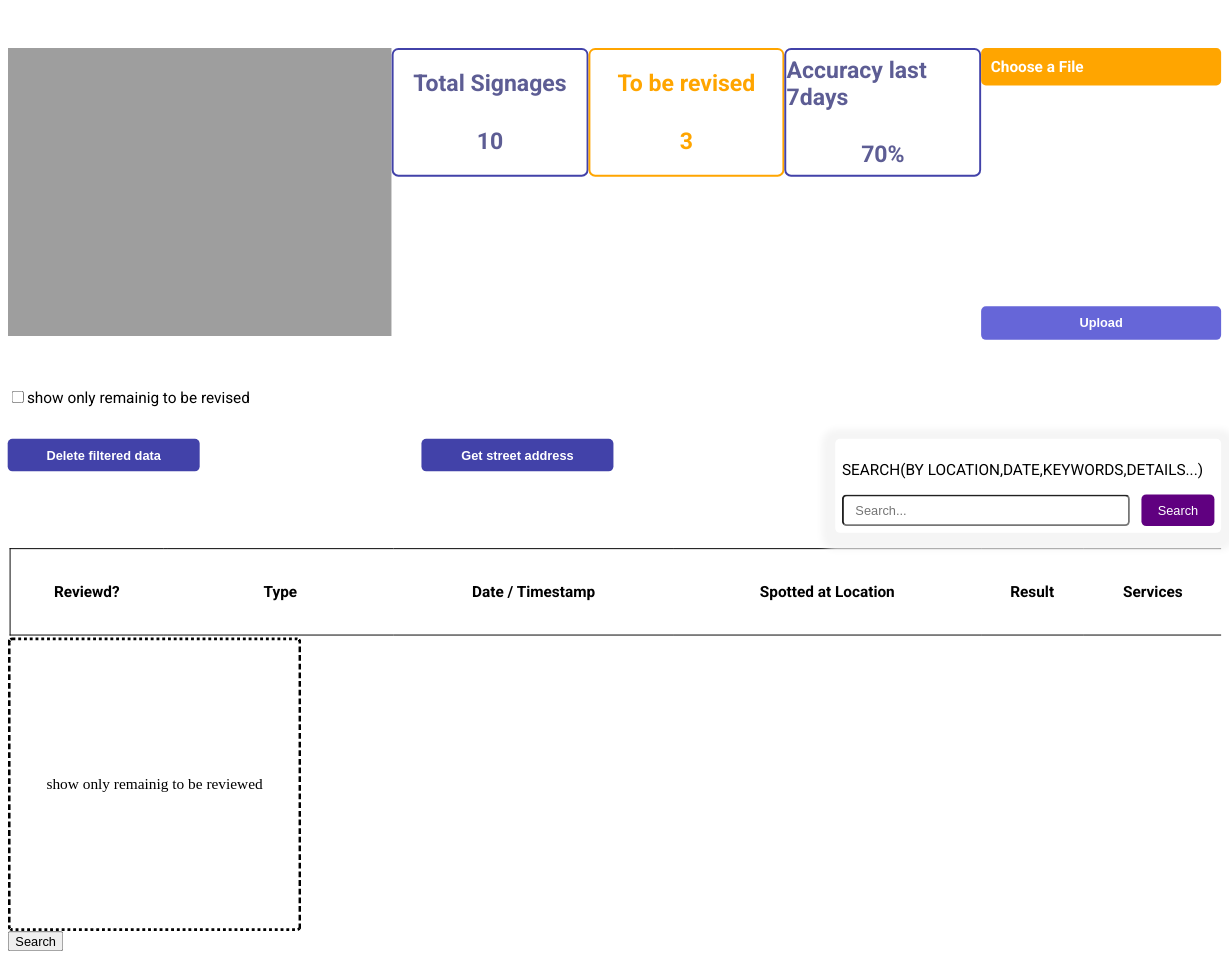
Repository: kalyani179/Kalyani.Builder
Page: /
An editor plug-in stored every save of this project. The page is shown before and after the next save, followed by the edit.
The browser window is 1280 px wide. The pictures show the whole page, at 96% of full size.
Pictures or frames that could not be fetched are drawn as grey boxes. The page's requests for data from a server got no answer. Some web fonts or font styles are not loaded; a fallback is used. The project was rebuilt for these pictures with package versions that can differ from the ones it lists, and the page was loaded fresh each time. No one was signed in, and anything a server would have sent is missing.

Above is the page before, as saved 2024-01-10 13:50:40.

### src/App.js

import {BrowserRouter,Routes,Route} from "react-router-dom";
import Home from "./components/Home";

function App() {
  return (
    <div>
      <BrowserRouter>
        <Routes>
          <Route path="/" element={<Home/>} />

        </Routes>
      </BrowserRouter>
    </div>
  );
}

export default App;

### src/components/Home.js
import React, { useState, useEffect } from "react";
import "./Home.css";
import {useNavigate} from "react-router-dom";
import { ColorRing } from "react-loader-spinner";
import toast, { Toaster } from "react-hot-toast";
import axios from "axios";
import { AiFillDelete } from "react-icons/ai";
// import { FaEdit } from "react-icons/fa";
const Home = () => {


  const navigate = useNavigate();
  const [results, setResults] = useState([]);

  const [editData, setEditData] = useState(false);
  const [selectedData, setSelectedData] = useState("");

  const [Result, setResult] = useState("");
  const [Services, setServices] = useState("");
  const [Type, setType] = useState("");
  const [imageUrl, setImageUrl] = useState("");


  const [image, setImage] = useState(null);
  // const [video, setVideo] = useState(null);
  const [loading, setLoading] = useState(false);

  const uploadFile = async (type) => {
    const data = new FormData();
    data.append("file", image);
    data.append("upload_preset", type === "image" ? "images" : "videos");
    try {
      let cloudName = "dscmtg4tx";
      let resourceType = type === "image" ? "image" : "video";
      let api = `https://api.cloudinary.com/v1_1/${cloudName}/${resourceType}/upload`;

      const res = await axios.post(api, data);
      // console.log(res);
      const { secure_url } = res.data;
      // console.log(secure_url);
      return secure_url;
    } catch (error) {
      console.error(error);
    }
  };

  const handleSubmit = async (e) => {
    e.preventDefault();
    try {
      setLoading(true);
      //upload image
      const imageUrl = await uploadFile("image");

      //upload video
      // const videoUrl = await uploadFile("video");

      //sending backend api request
      await axios.post("http://localhost:5000/api/videos", { imageUrl });

      //reset states
      setImage(null);
      // setVideo(null);

      console.log("File uploaded successfully");

      setLoading(false);
      toast.success("uploaded successfully");
      navigate("/");
    } catch (error) {
      console.log(error);
    }
  };


  useEffect(() => {
    // Fetching data from the server
    axios
      .get("http://localhost:5000/api/videos")
      .then((response) => {
        setResults(response.data);
      })
      .catch((error) => {
        console.error("Error fetching data: ", error);
      });
  }, [results]);

  const formatDate = (timestamp) => {
    const options = {
      month: "long",
      day: "numeric",
      year: "numeric",
      hour: "numeric",
      minute: "numeric",
      hour12: true,
    };

    return new Date(timestamp).toLocaleDateString(undefined, options);
  };

  const deleteData = async (id) => {
    const response = await fetch(`http://localhost:5000/api/videos/${id}`, {
      method: "DELETE",
    });
    if (response.status === 200) {
      toast.success("Deleted Successfully");
    } else {
      toast.error("Something went wrong");
    }
  };

  const updateData = async (id) => {
    const response = await fetch(`http://localhost:5000/api/videos/${id}`, {
      method: "PUT",
      headers: {
        "Content-Type": "application/json",
      },
      body: JSON.stringify({ imageUrl, Services, Type, Result }),
    });

    if (response.status === 200) {
      toast.success("Data updated Successfully");
    } else {
      toast.error("Something went wrong");
    }
  };

  return (
    <>
      {/* toaster */}
      <Toaster position="top-center" reverseOrder={false} />
      {/* toaster */}

      <div className="input-file">
        <div>
          <img src="https://i.ibb.co/tmwqkpj/logo.png" alt="website-logo"/>
        </div>
        <div className="card1">
          <h1>Total Signages</h1>
          <h1>10</h1>
        </div>

        <div className="card2">
          <h1>To be revised</h1>
          <h1>3</h1>
        </div>

        <div className="card3">
          <h1>Accuracy last 7days</h1>
          <h1>70%</h1>
        </div>


        <form className="form" onSubmit={handleSubmit}>

         <div>
          <input
            type="file"
            id="fileInput"
            accept="image/*"
            onChange={(e) => setImage((prev) => e.target.files[0])}
          />
          <label for="fileInput" class="custom-file-label">
            Choose a File
          </label>
          </div>


          <div>
          <button className="upload-button" type="submit">
            Upload
          </button>
          </div>
          {loading && (
            <ColorRing
              visible={true}
              height="30"
              width="30"
              ariaLabel="color-ring-loading"
              wrapperStyle={{}}
              wrapperClass="color-ring-wrapper"
              colors={["#e15b64", "#f47e60", "#f8b26a", "#abbd81", "#849b87"]}
            />
          )}




        </form>



      </div>


    <div className="bg2">
     <div>
      <input id="checkbox" type="checkbox"/>
      <label htmlFor="checkbox">show only remainig to be revised</label>
     </div>

     <div className="flexDelete">
      <div>
        <button className="delete">Delete filtered data</button>
      </div>
      <div>
        <button className="getStarted">Get street address</button>
      </div>


      <div className="cardBg-white">
        <p>SEARCH(BY LOCATION,DATE,KEYWORDS,DETAILS...)</p>
      <div>
        <input className="searchBar" type="search" placeholder="Search..." id="search"/>
        <label htmlfor="search">
          <button className="search" type="button">Search</button>
        </label>
      </div>
      </div>
     </div>
     </div>





      <div className="table-data-container">
        <table className="tablestyle">
          <thead>
            <tr>
              <th>Reviewd?</th>
              <th></th>
              <th className="th1">Type</th>
              <th>Date / Timestamp</th>
              <th>Spotted at Location</th>
              <th>Result</th>
              <th>Services</th>
            </tr>
          </thead>
          <tbody>
            {results.map((result) => (
              <tr key={result.id}>
                <td>
                  <AiFillDelete
                    className="delete text-secondary"
                    style={{ cursor: "pointer", marginLeft: "8px" }}
                    onClick={() => deleteData(result._id)}
                  ></AiFillDelete>

                  {/* <FaEdit
                    onClick={() => {
                      setEditData((prevEditData)=> !prevEditData);
                      setSelectedData(result._id);
                    }}
                    className={`${
                      selectedData === result._id && editData
                        ? "text-red-400"
                        : "text-gray-400"
                    }
                  text-gray-400 hover:text-red-400 cursor-pointer
                  scale-110 transition-all`}
                    style={{ cursor: "pointer" }}
                  ></FaEdit> */}
                </td>

                <td>
                  <img
                    className="table-data-image"
                    src={result.imageUrl} // Assuming your API response has an imageUrl property
                    alt=""
                    contentEditable={editData}
                    onInput={(e) => setImageUrl(e.currentTarget.innerText)}
                  />
                </td>
                <td
                  contentEditable={editData}
                  onInput={(e) => setType(e.currentTarget.innerText)}
                >
                  {result.Type}
                </td>
                <td>{formatDate(result.createdAt)}</td>
                <td></td>
                <td
                  contentEditable={editData}
                  onInput={(e) => setServices(e.currentTarget.innerText)}
                >
                  {result.Result}
                </td>
                <td
                  contentEditable={editData}
                  onInput={(e) => setResult(e.currentTarget.innerText)}
                >
                  {result.Services}
                </td>

                {/* <button
                  className={`${
                    selectedData === result._id && editData ? "block" : "hidden"
                  }
                     bg-purple-400 hover:bg-purple-600
                     px-3 py-1 my-1 rounded-md font-bold text-white`}
                   onClick={() => {
                    updateData(result._id);
                    setEditData(false);

                   }}
                >
                  Save
                </button> */}
              </tr>
            ))}
          </tbody>
        </table>


        <div className="bottom-box">
          <div>
            <inpt type="checkbox"/>
            <p>show only remainig to be reviewed</p>
          </div>

        </div>


          <div>
          <button type="button">Search</button>
          </div>

      </div>
    </>
  );
};

export default Home;

### src/components/Home.css
@import url("https://fonts.googleapis.com/css2?family=Bree+Serif&family=Caveat:wght@400;700&family=Lobster&family=Monoton&family=Open+Sans:ital,wght@0,400;0,700;1,400;1,700&family=Playfair+Display+SC:ital,wght@0,400;0,700;1,700&family=Playfair+Display:ital,wght@0,400;0,700;1,700&family=Roboto:ital,wght@0,400;0,700;1,400;1,700&family=Source+Sans+Pro:ital,wght@0,400;0,700;1,700&family=Work+Sans:ital,wght@0,400;0,700;1,700&display=swap");

.tablestyle {
  padding: 0px;
  text-align: center;
  border-color: black;
  margin: 2px;
  font-family: "Roboto";
}

table {
  border-collapse: collapse;
  width: 100%;
}

tr {
  border: 1px solid #000;
  padding: 5px;
}

td {
  padding: 15px;
  margin: 5px;
}

.button {
  background-color: orange;
  margin-bottom: 6px;
  border: 0px;
  border-radius: 10px;
  color: white;
}

.button-edit {
  background-color: #600080;
  border: 0px;
  border-radius: 15px;
  color: white;
}

.button-yes {
  background-color: green;
  border: 0px;
  border-radius: 15px;
  color: white;
  margin-bottom: 6px;
}

.th1 {
  padding: 35px;
}

.table-data-image {
  width: 150px;
}

.tablestyle td {
  overflow: auto;
}

.table-data-container {
  max-width: 100%;
  overflow: hidden;
}

.input-file {
  display: flex;
  justify-content: space-between;

  margin-bottom: 50px;
  margin-top: 50px;
  font-family: Roboto;
}

input[type="file"] {
  display: none;
}

/* Style the custom button to resemble a file input */
.custom-file-input {
  display: inline-block;
  padding: 10px 15px;
  font-size: 16px;
  font-weight: bold;
  color: #fff;
  background-color: #3498db;
  border: 1px solid #2980b9;
  border-radius: 5px;
  cursor: pointer;
}

/* Style the label to give it a button appearance */
.custom-file-label {
  display: inline-block;
  padding:10px;
  font-size: 16px;
  font-weight: bold;
  color: #fff;
  background-color:orange;
  width:230px;
  border-radius: 5px;
  cursor: pointer;
}

/* Change label color when the file is selected */
input[type="file"]:focus + .custom-file-label {
  border-color: #2c3e50;
}

.upload-button{

    border: none;
    background-color:rgb(102, 102, 216);
    color: white;
    font-weight: bold;
    padding: 10px;
    cursor: pointer;
    width:250px;
    border-radius:5px;
}

/* start your css from here */

.form{
  display:flex;
  flex-direction: column;
  justify-content: space-between;
}

.card1{
  border:2px solid rgb(66, 66, 169);
  display: flex;
  flex-direction: column;
  justify-content: center;
  align-items: center;
  width:240px;
  height:130px;
  border-radius:7px;
  font-size:12px;
  color:rgb(93, 93, 148);
}
.card2{
  border:2px solid orange;
  display: flex;
  flex-direction: column;
  justify-content: center;
  align-items: center;
  width:240px;
  height:130px;
  border-radius:7px;
  font-size:12px;
  color:orange;
}
.card3{
  border:2px solid rgb(66, 66, 169);
  display: flex;
  flex-direction: column;
  justify-content: center;
  align-items: center;
  width:240px;
  height:130px;
  border-radius:7px;
  font-size:12px;
  color:rgb(93, 93, 148);
}

.file-input{
  width:300px;
}

.flexDelete{
  display: flex;
  justify-content: space-between;
  margin-top: 33px;

}

.delete{
  background-color:rgb(66, 66, 169);
  color:white;
  font-weight: 600;
  width:200px;
  height:34px;
  border-radius:5px;
  border:0px;
}
.getStarted{
  background-color:rgb(66, 66, 169);
  color:white;
  font-weight: 600;
  width:200px;
  height:34px;
  border-radius:5px;
  border:0px;

}

.search{
  background-color:#600080;
  width:76px;
  height:33px;
  color:#ffffff;
  text-align:center;
  border-radius:5px;
  border:0px;
}
.searchBar{
  width:300px;
  height:33px;
  padding-left:12px;
  margin-right: 12px;
  border-radius:5px;

}
.bg2{
  font-family: Roboto;
  margin-top:12px;
  margin-bottom: 14px;
}

.cardBg-white{
  box-shadow: 0px 4px 8px 14px whitesmoke;
  border-radius:5px;
  padding:7px;
}

.bottom-box{
  border-style: dotted dashed;

  border-radius:5px;
  display: flex;
  flex-direction: column;
  justify-content: center;
  align-items:center;
  width: 300px;
  height: 300px;
}

.bottom-search{
  display: flex;
  flex-direction: row;
  justify-content:flex-end;
}

Loaded but not shown: public/index.html (common file); src/index.js (common file)

After the next save:
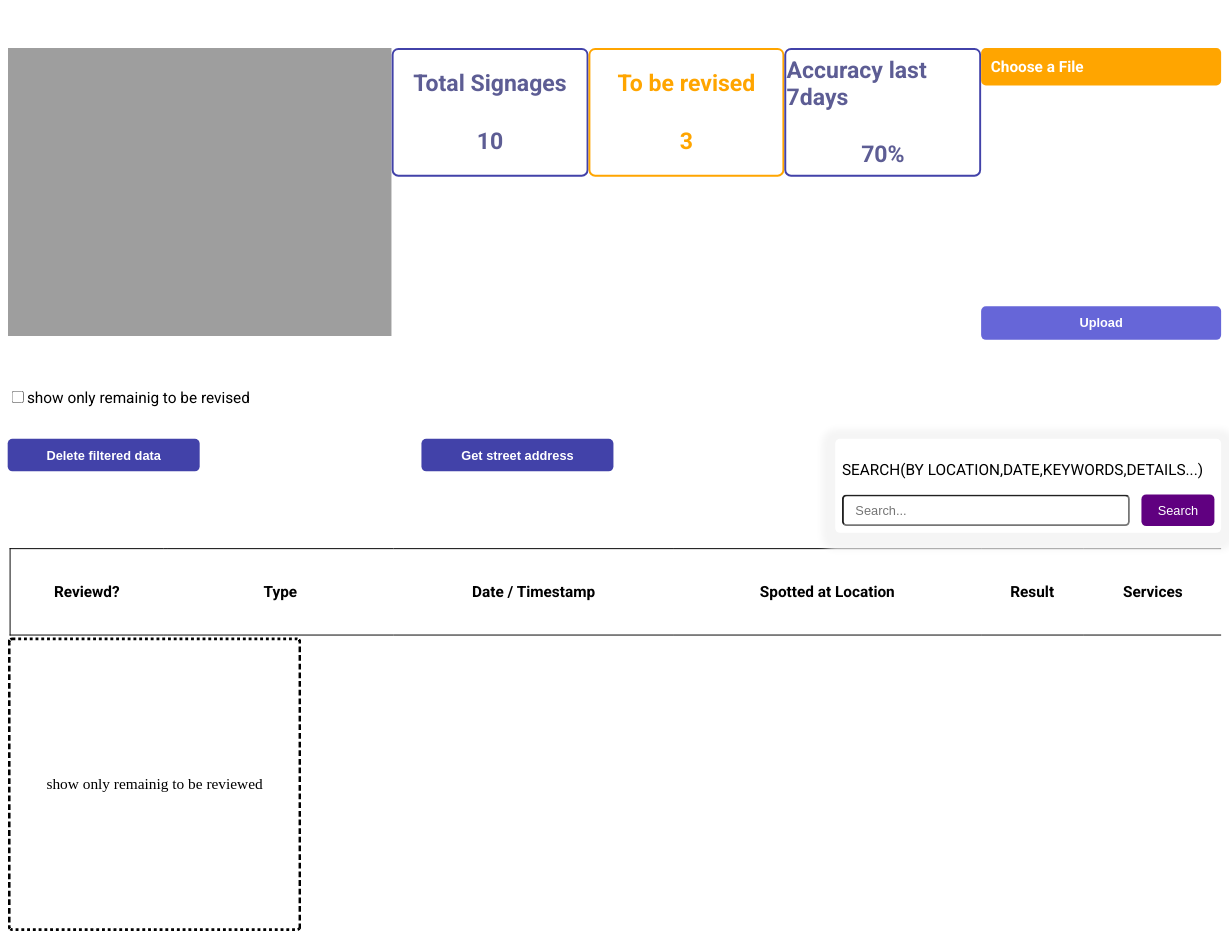
Saved 8 s later.
--- a/src/components/Home.js
+++ b/src/components/Home.js
@@ -321,9 +321,6 @@ const Home = () => {
         </div>
 
 
-          <div>
-          <button type="button">Search</button>
-          </div>
 
       </div>
     </>
